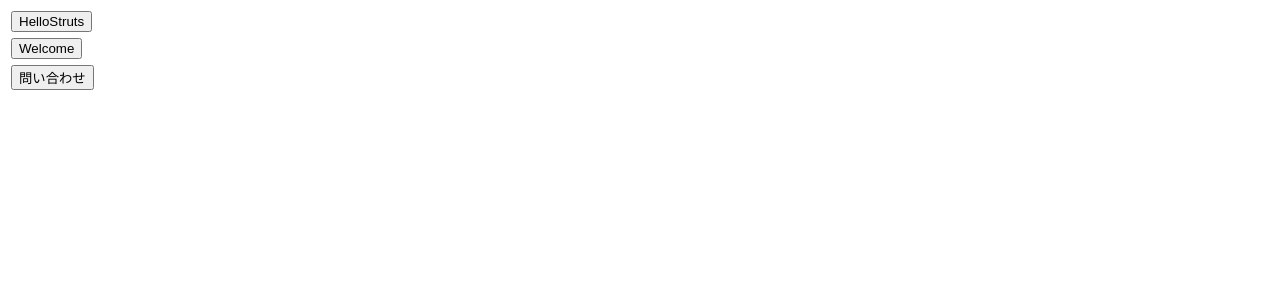
Repository: sasakisou/test
Page: http://localhost/WebProj/
The author's editor kept a copy of each file at every save. The page is drawn from the files as they stood at one save, then again after the next save.
The browser window is 1280 px wide. The pictures show the whole page.
The page is served by Tomcat 9.

Above is the page before, as saved 2018-12-05 01:33:54.

After the next save:
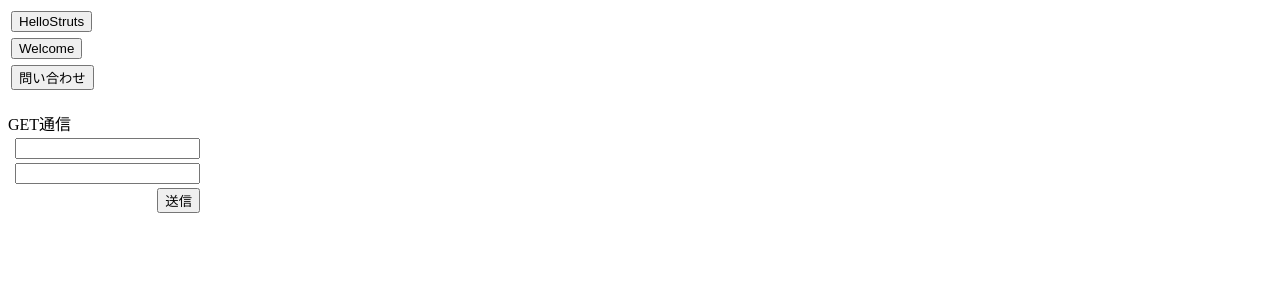
Saved 5 min 1 s later.
--- a/WebProj/WebContent/index.jsp
+++ b/WebProj/WebContent/index.jsp
@@ -18,5 +18,13 @@
 	<s:form action="InquiryAction">
 		<s:submit value="問い合わせ" />
 	</s:form>
+
+	<br>
+	GET通信
+	<s:form method="get" action="TestAction">
+	<s:textfield name="username" />
+	<s:password name="password" />
+	<s:submit value="送信" />
+	</s:form>
 </body>
 </html>
